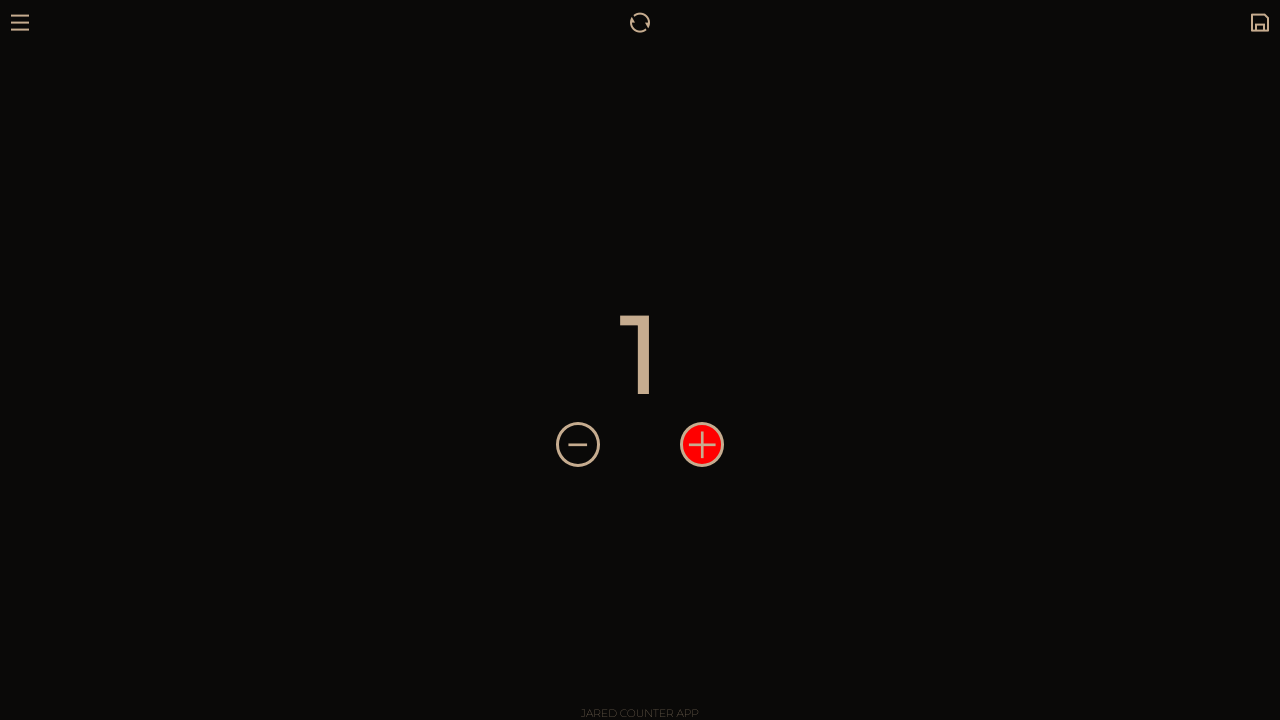
Repository: EguJaredoBoyd/Jared-Counter-App
Page: index.html
The author's editor kept a copy of each file at every save. The page is drawn from the files as they stood at one save, then again after the next save.
The browser window is 1280 px wide. The pictures show the whole page.
After loading, the first visible `#increment` was clicked once.

Above is the page before, as saved 2025-12-04 00:19:18.
Console error: TypeError: Cannot read properties of null (reading 'addEventListener')

After the next save:
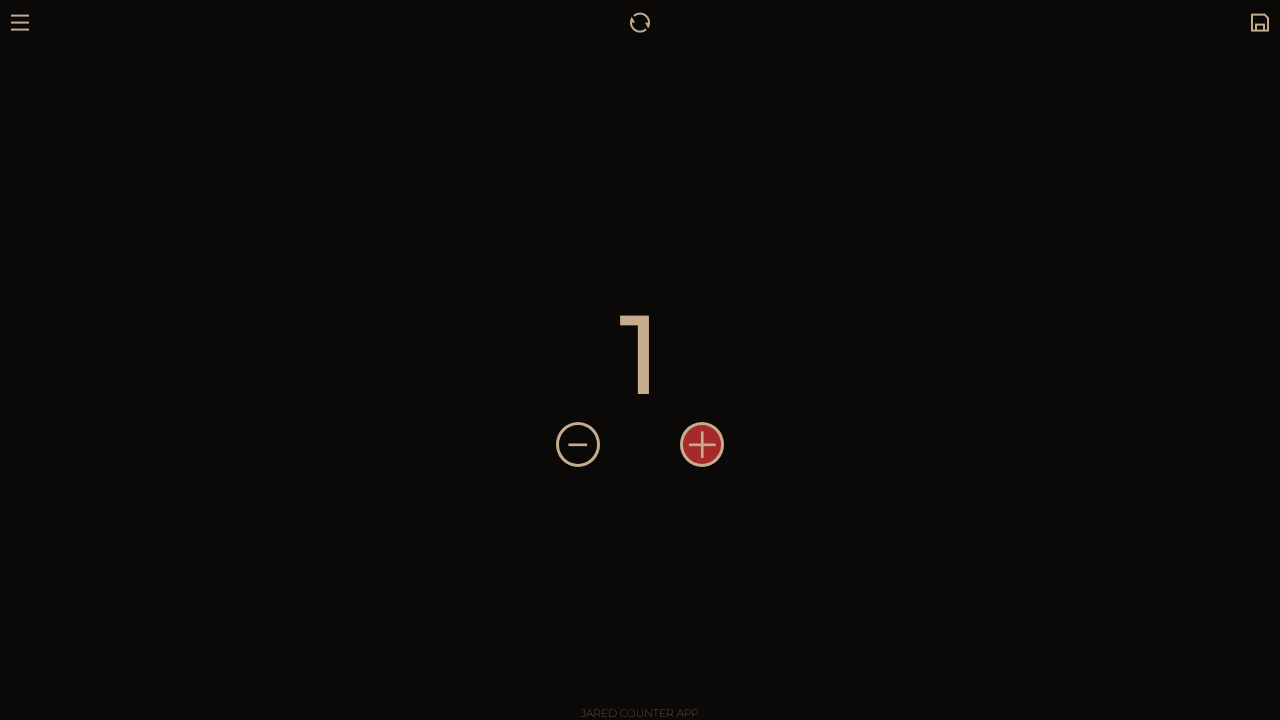
Saved 6 min 3 s later.
--- a/script.js
+++ b/script.js
@@ -28,7 +28,7 @@ if (savedColor3) {
 
 
 numberIncrement.addEventListener('click', () => {
-    let incrementColor = numberIncrement.style.backgroundColor = 'red';
+    let incrementColor = numberIncrement.style.backgroundColor = 'brown';
 
     //Reset the other button colours
     numberDecrement.style.background = '';
